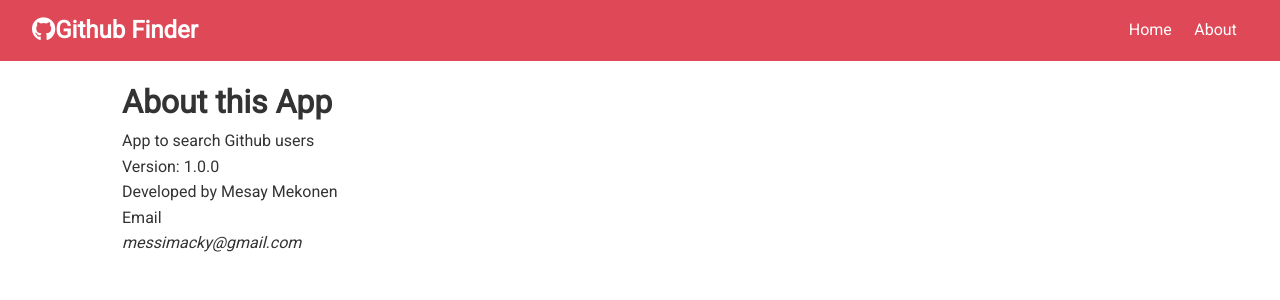
Repository: messimacky/github-finder
Page: /about
These files come from the project's save history. The page is drawn as it stood at one moment and after the next save; the edit follows.
The browser window is 1280 px wide. The pictures show the whole page.
Some web libraries are served in a nearby version. The project was rebuilt for these pictures with package versions that can differ from the ones it lists, and the page was loaded fresh each time. Also part of the build but not shown: src/users/UserItem.js, src/components/layout/Spinner.js, src/users/Users.js, src/users/User.js, src/users/Search.js, src/components/layout/Alert.js.

Above is the page before, as saved 2022-02-27 15:06:43.

After the next save:
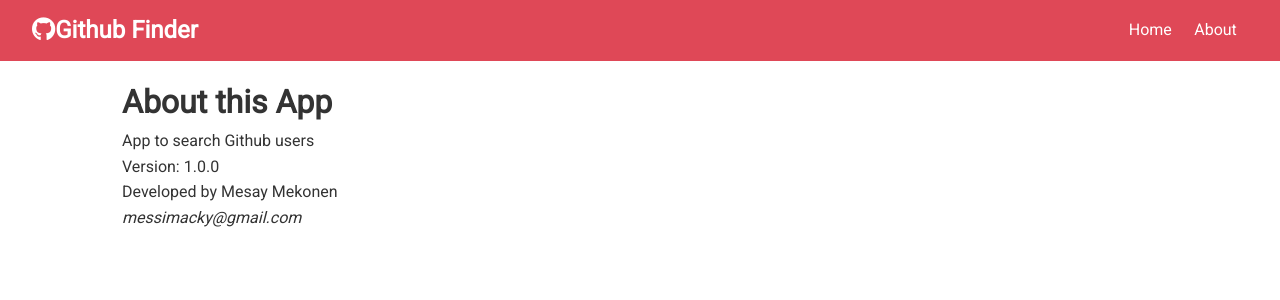
Saved 32 s later.
--- a/src/components/pages/About.js
+++ b/src/components/pages/About.js
@@ -7,7 +7,7 @@
             <p>App to search Github users</p>
             <p>Version: 1.0.0</p>
             <p>Developed by Mesay Mekonen</p>
-            <p>Email <address> messimacky@gmail.com</address></p>
+            <address> messimacky@gmail.com</address>
         </Fragment>
     );
 };

After the 2 saves that followed:
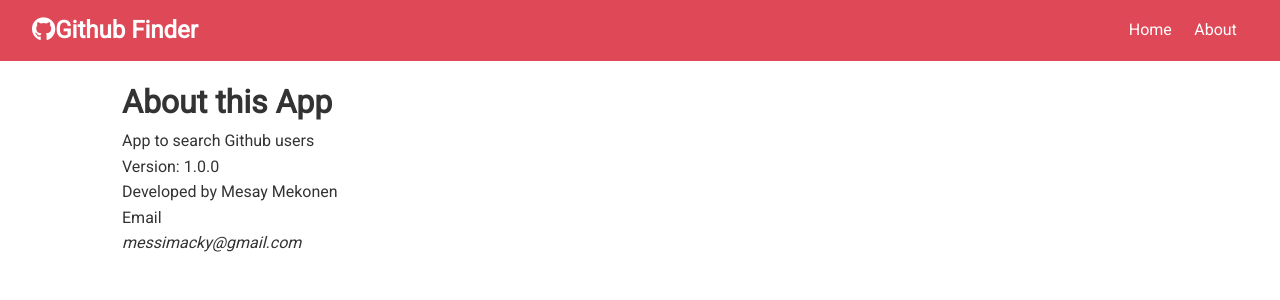
The 2 saves are shown as one change because 1 did not build or start.
The last was saved 14 s later.
--- a/src/components/pages/About.js
+++ b/src/components/pages/About.js
@@ -7,7 +7,7 @@
             <p>App to search Github users</p>
             <p>Version: 1.0.0</p>
             <p>Developed by Mesay Mekonen</p>
-            <address> messimacky@gmail.com</address>
+            <p>Email <address> messimacky@gmail.com</address></p>
         </Fragment>
     );
 };
